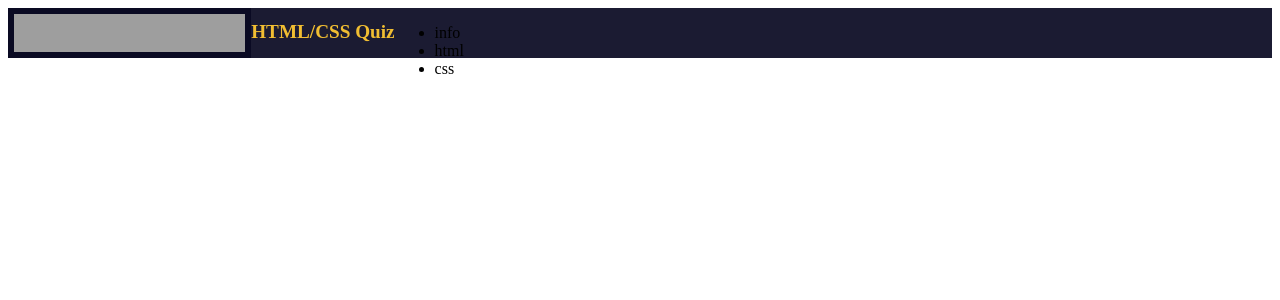
Repository: Lungdjos/accessibility_build_quiz
Page: index.html
The author's editor kept a copy of each file at every save. The page is drawn from the files as they stood at one save, then again after a run of saves.
The browser window is 1280 px wide. The pictures show the whole page.
Pictures or frames that could not be fetched are drawn as grey boxes.

Above is the page before, as saved 2023-10-28 04:04:44.

After the next 3 saves:
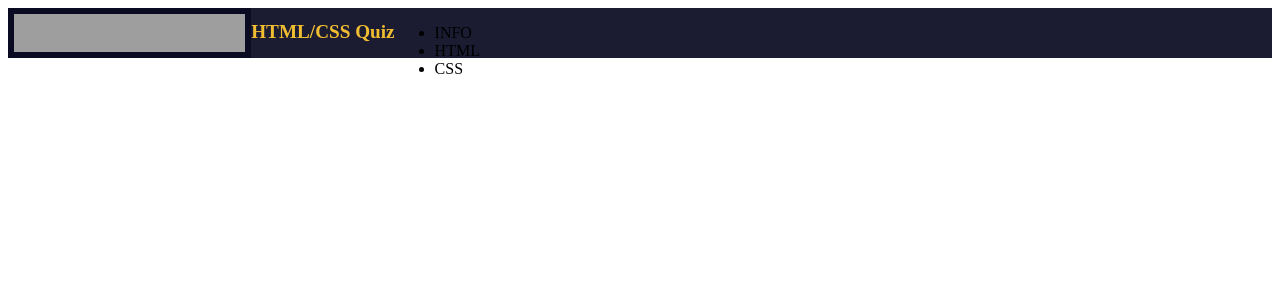
The 3 saves are shown as one change because they came seconds apart.
The last was saved 7 s later.
--- a/styles.css
+++ b/styles.css
@@ -18,5 +18,5 @@ h1 {
 }
 
 nav ul {
-    text
+    text-transform: uppercase;
 }
